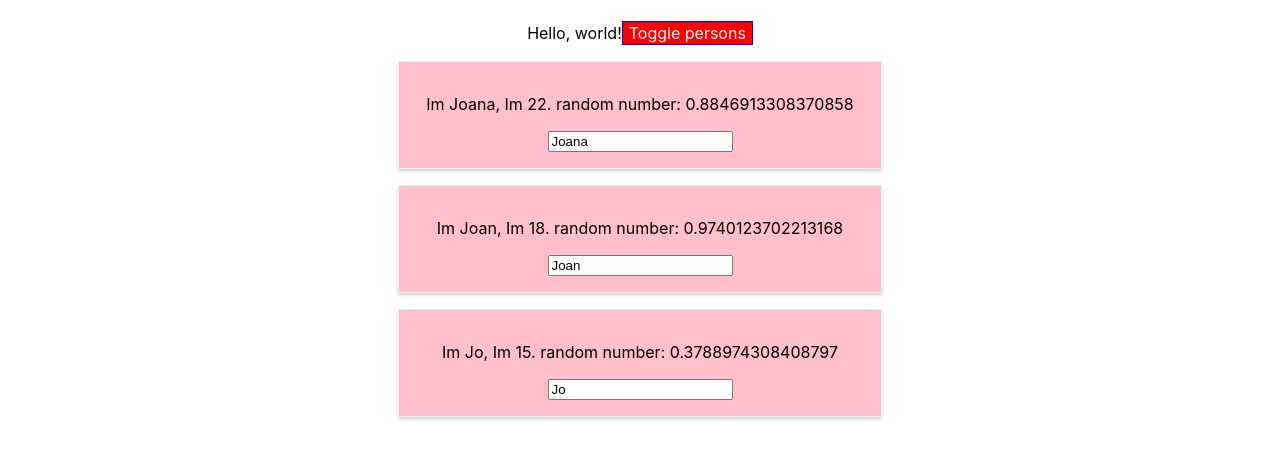
Repository: LironBlum/reactFirstApp
Page: /
These files come from the project's save history. The page is drawn as it stood at one moment and after a run of saves; the edit follows.
The browser window is 1280 px wide. The pictures show the whole page.
The project was rebuilt for these pictures with package versions that can differ from the ones it lists, and the page was loaded fresh each time. Also part of the build but not shown: src/components/ErrorBoundary/ErrorBoundary.jsx.

Above is the page before, as saved 2020-09-23 15:56:10.

### src/index.js
import React from 'react';
import ReactDOM from 'react-dom';
import './index.css';
import App from './containers/App';
import * as serviceWorker from './serviceWorker';

ReactDOM.render(
  <React.StrictMode>
    <App appTitle='Person manager' />
  </React.StrictMode>,
  document.getElementById('root')
);

// If you want your app to work offline and load faster, you can change
// unregister() to register() below. Note this comes with some pitfalls.
// Learn more about service workers: https://bit.ly/CRA-PWA
serviceWorker.unregister();

### src/containers/App.js
import React, { Component } from 'react';
import Persons from '../components/Persons/Persons';
import './App.css';
import Cockpit from '../components/Cockpit/Cockpit';
import withClass from '../hoc/WithClass';

class App extends Component {
  state = {
    persons: [
      { id: '1', name: 'Joana', age: 22 },
      { id: '2', name: 'Joan', age: 18 },
      { id: '3', name: 'Jo', age: 15 },
    ],
    isShowPersons: true,
    changeCounter: 0
  }

  // Two way binding example
  handleNameChangeByClick = (newName) => {
    console.log("handleNameChangeByClick executed");
    this.setState({
      persons: [{ id: '1', name: newName, age: 22 },
      { id: '2', name: newName, age: 18 },
      { id: '3', name: newName, age: 15 }]
    })
  }

  handleNameChange = (event, id) => {
    console.log("handleNameChange executed");
    const person_index = this.state.persons.findIndex(person => {
      return person.id === id;
    });

    const chosen_person = {
      ...this.state.persons[person_index] //create new object and not mutate the state directly
    };

    chosen_person.name = event.target.value;
    const persons = [...this.state.persons];
    persons[person_index] = chosen_person;

    this.setState((prevState, props) => {
      return {
        persons: persons,
        changeCounter: prevState.changeCounter + 1
      }
    })
  }
  togglePersonsHandler = (event, id) => {
    console.log("togglePersonsHandler executed");
    const is_show = this.state.isShowPersons;
    this.setState({ isShowPersons: !is_show });
  }

  deletePersonHandler = (persons_index) => {
    console.log("deletePersonHandler executed")
    const persons = [...this.state.persons];
    persons.splice(persons_index, 1);
    this.setState({ persons: persons });
  }

  render() {
    let persons = null;
    if (this.state.isShowPersons) {
      persons = (
        <div>
          <Persons
            persons={this.state.persons}
            clicked={this.deletePersonHandler}
            changed={this.handleNameChange} />
        </div>
      );
    }

    return (
      <div className="App">
        <Cockpit
          title={this.props.appTitle}
          persons={this.state.persons}
          isShowPersons={this.state.isShowPersons}
          clicked={this.togglePersonsHandler}
        />
        {persons}
      </div>
    );
  }
}

export default withClass(App, App.className);

### src/components/Persons/Persons.jsx
import React from "react";
import ErrorBoundary from "./../ErrorBoundary/ErrorBoundary";
import Person from "./Person/Person";

const persons = props =>
  props.persons.map((person, index) => {
    return (
      <ErrorBoundary key={person.id}>
        <Person
          click={() => props.clicked(index)}
          name={person.name}
          age={person.age}
          changed={event => props.changed(event, person.id)}
        />
      </ErrorBoundary>
    );
  });

export default persons;

### src/components/Cockpit/Cockpit.jsx
import React from "react";
import styled from "styled-components";

const StyledButten = styled.button`
  background-color: ${props => (props.alt ? "red" : "green")};
  color: white;
  font: inherit;
  border: 1px solid blue;
  padings: 8px;
  cursor: pointer;

  &:hover {
    background-color: lightgreen;
    color: black;
  }
`;
const cockpit = props => {
  const classes = [];
  if (props.persons.length <= 2) {
    classes.push("red");
  }
  if (props.persons.length <= 1) {
    classes.push("bold");
  }
  return (
    <div>
      <h1>{props.title}</h1>
      <p1 className={classes.join(" ")}>Hello, world!</p1>
      <StyledButten alt={props.isShowPersons} onClick={props.clicked}>
        Toggle persons
      </StyledButten>
    </div>
  );
};
export default cockpit;

### src/hoc/WithClass.jsx
import React from "react";

const withclass = (WrappedComponent, className) => {
  return props => (
    <div className={className}>
      <WrappedComponent></WrappedComponent>
    </div>
  );
};

export default withclass;

### src/components/Persons/Person/Person.jsx
import React from "react";
//import "./Person.css";
import styled from "styled-components";
import propTypes from "prop-types";

const StyledDiv = styled.div`
  width: 60%;
  margin: 16px auto;
  border: 1px solid #eee;
  box-shadow: 0 2px 3px #ccc;
  padding: 16px;
  text-align: center;
  background-color: pink;

  @media (min-width: 50px) {
    width: 450px;
  }
`;

const person = props => {
  return (
    //allows multi lines
    //<div className="Person" style={style}>
    <StyledDiv>
      <p onClick={props.click}>
        Im {props.name}, Im {props.age}. random number: {Math.random()}
      </p>
      <p>{props.children}</p>
      <input type="text" onChange={props.changed} value={props.name} />
    </StyledDiv>
  ); //random number: example for inserting one line expression with {}
};

person.propTypes = {
  click: propTypes.func,
  age: propTypes.number
};

export default person;

Loaded but not shown: public/index.html (common file); src/index.css (common file); src/serviceWorker.js (common file); src/containers/App.css (common file)

After the next 2 saves:
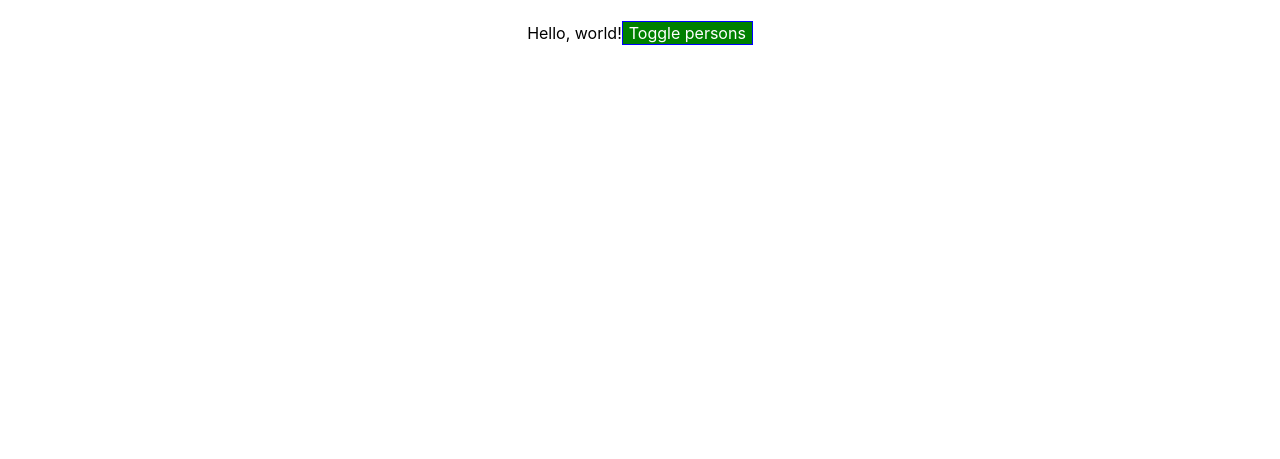
The 2 saves are shown as one change because 1 did not build or start.
The last was saved 2 h 16 min later.
--- a/src/components/Cockpit/Cockpit.jsx
+++ b/src/components/Cockpit/Cockpit.jsx
@@ -1,4 +1,4 @@
-import React from "react";
+import React, { useRef, useEffect } from "react";
 import styled from "styled-components";
 
 const StyledButten = styled.button`
@@ -15,6 +15,10 @@ const StyledButten = styled.button`
   }
 `;
 const cockpit = props => {
+  const toggleBtnRef = useRef(null);
+  useEffect(() => {
+    toggleBtnRef.current.click(); //click the btn on mount{
+  }, []);
   const classes = [];
   if (props.persons.length <= 2) {
     classes.push("red");
@@ -26,7 +30,11 @@ const cockpit = props => {
     <div>
       <h1>{props.title}</h1>
       <p1 className={classes.join(" ")}>Hello, world!</p1>
-      <StyledButten alt={props.isShowPersons} onClick={props.clicked}>
+      <StyledButten
+        ref={toggleBtnRef}
+        alt={props.isShowPersons}
+        onClick={props.clicked}
+      >
         Toggle persons
       </StyledButten>
     </div>
